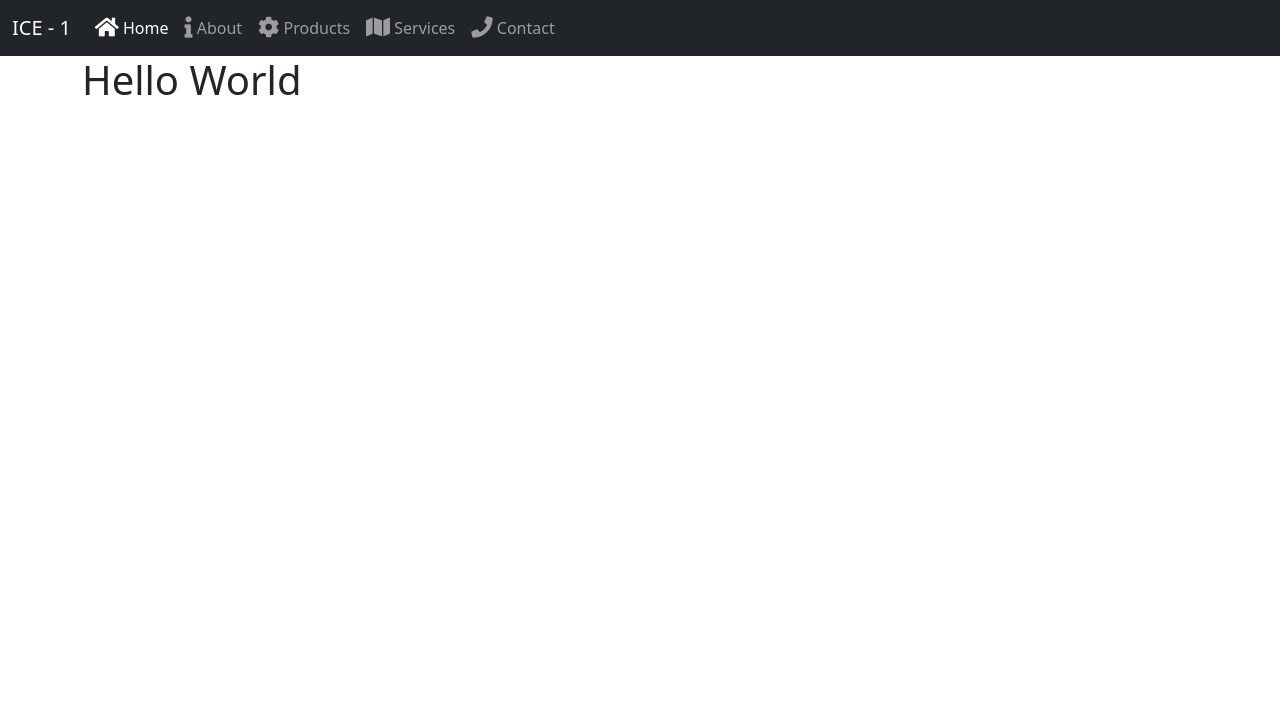
Repository: Sub4Sub/Ice-1
Page: index.html
The author's editor kept a copy of each file at every save. The page is drawn from the files as they stood at one save, then again after the next save.
The browser window is 1280 px wide. The pictures show the whole page.

Above is the page before, as saved 2021-01-20 18:25:30.

After the next save:
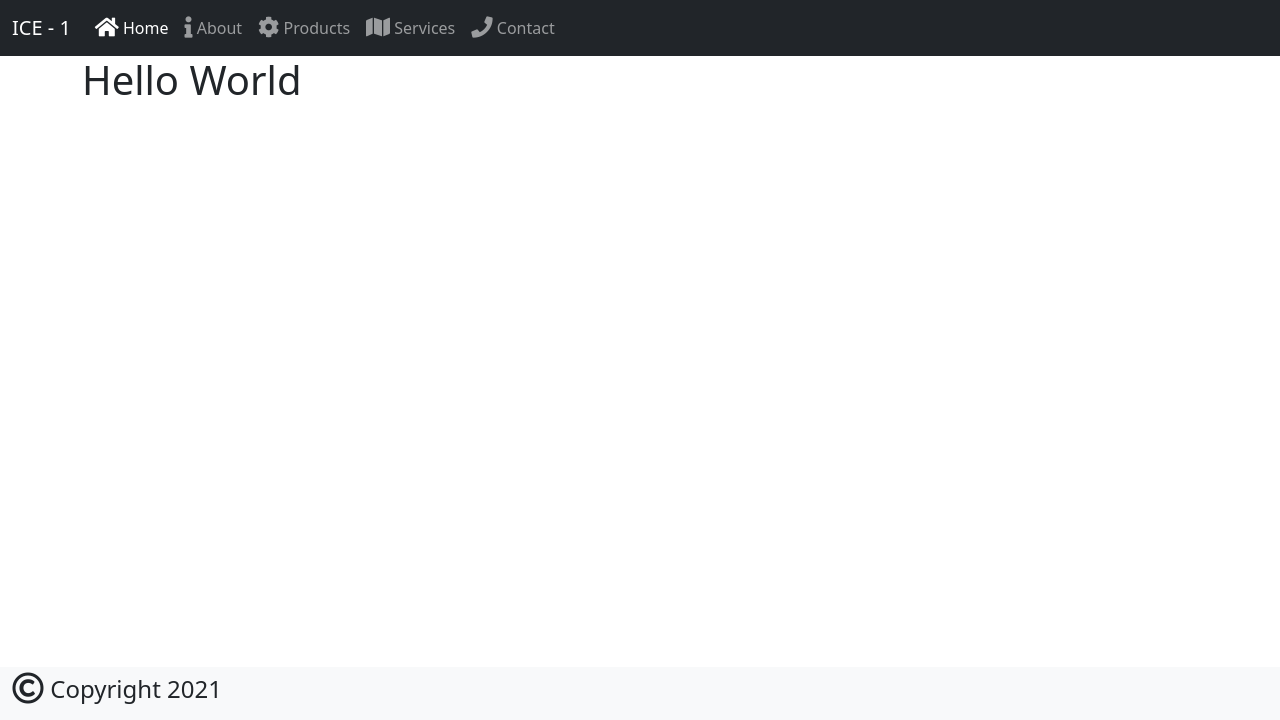
Saved 22 s later.
--- a/index.html
+++ b/index.html
@@ -47,10 +47,22 @@
         </div>
       </nav>
 </header>
+
 <main class="container">
     <h1>Hello World</h1>
 </main>
+
+<footer>
+  <nav class="navbar fixed-bottom navbar-light bg-light">
+      <div class="container-fluid">
+        <h4><i class="far fa-copyright fa-lg"></i> Copyright 2021</h4>
+      </div>
+    </nav>
+</footer>
+
   <!-- Javascript portion -->
-
+  <script src="./node_modules/jquery/dist/jquery.min.js"></script>
+  <script src="./node_modules/bootstrap/dist/js/bootstrap.bundle.min.js"></script>
+  <script src="./Scripts/app.js"></script>
 </body>
 </html>
